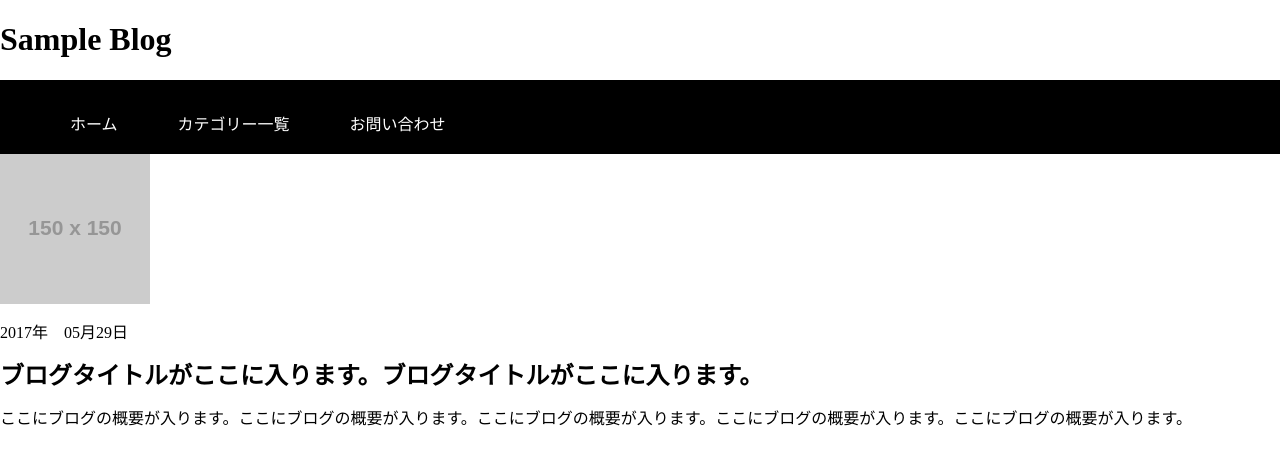
Repository: taka292/myview
Page: html/batty_coffee_stand/index.html
The author's editor kept a record of every edit. The page is drawn from the files as they stood at one moment, then again after the next edit.
The browser window is 1280 px wide. The pictures show the whole page.

Above is the page before.

After the next edit:
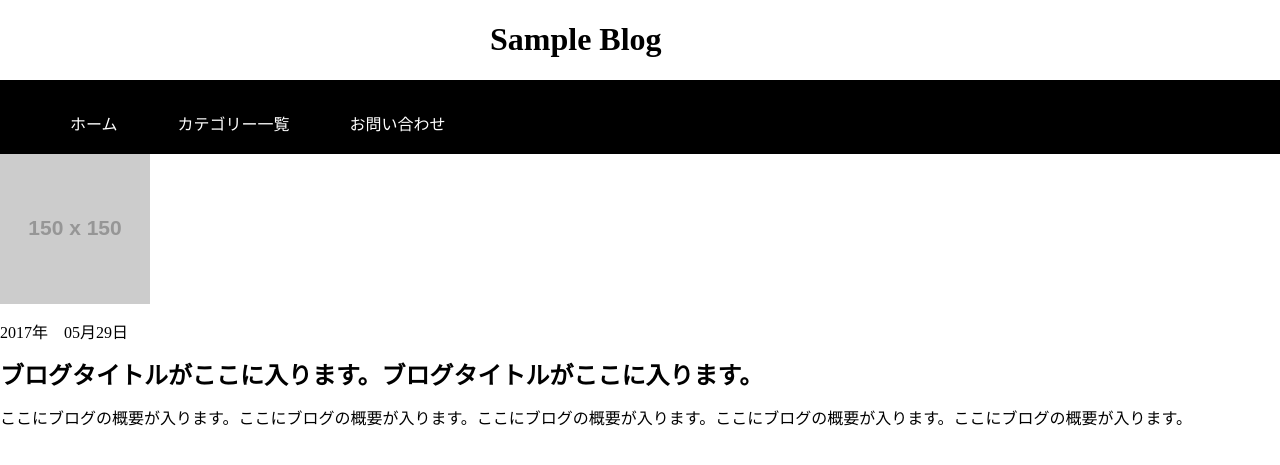
The edit:
--- a/html/batty_coffee_stand/css/style.css
+++ b/html/batty_coffee_stand/css/style.css
@@ -1,4 +1,4 @@
-.header-logo {
+.title {
   margin-left:auto;
   margin-right:auto;
   width:300px;
